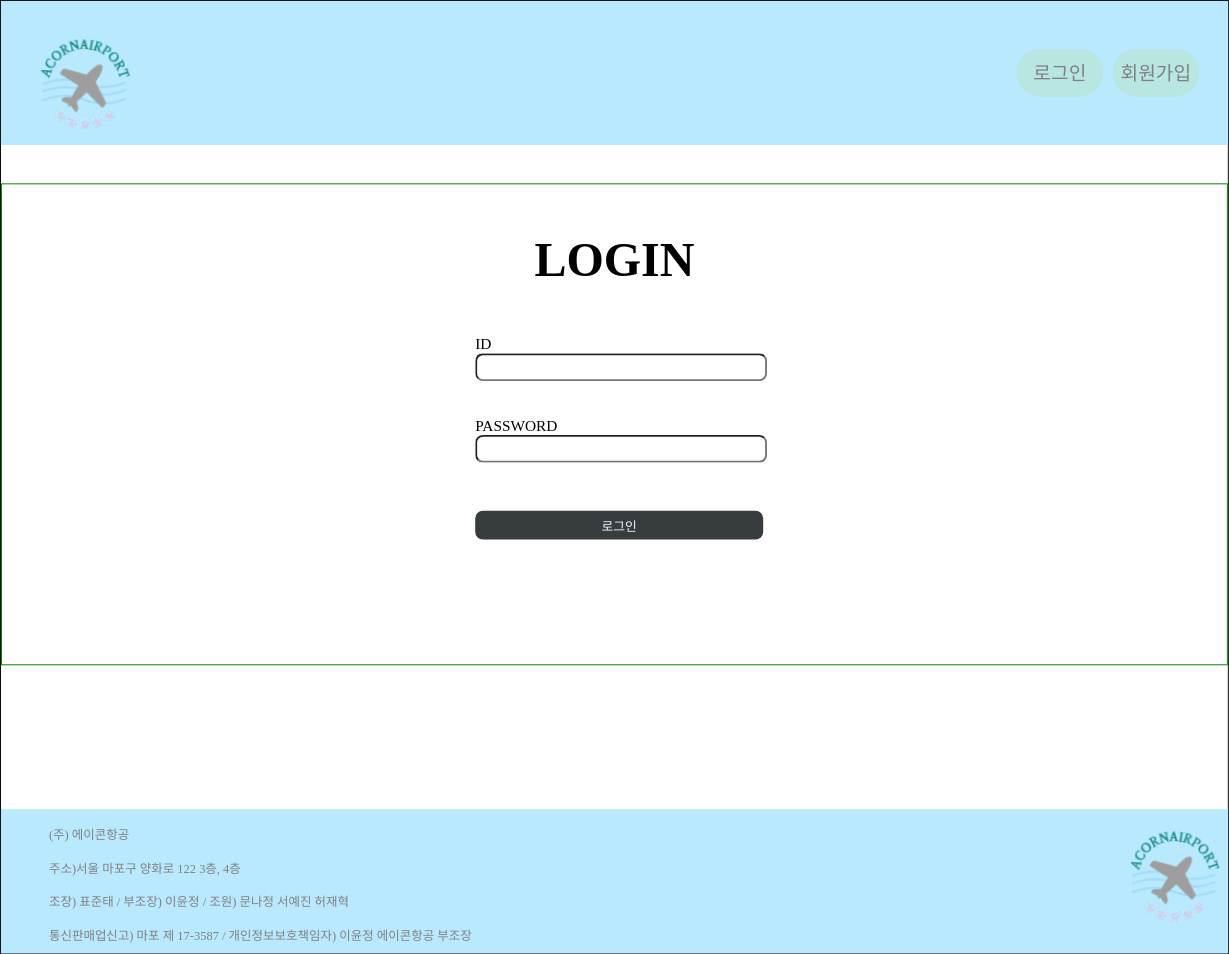
Repository: juntae710/Acorn_AirlineReservation_Project
Page: http://localhost/prj3_1/WEB-INF/views/h_login.jsp
An editor plug-in stored every save of this project. The page is shown before and after the next save, followed by the edit.
The browser window is 1280 px wide. The pictures show the whole page, at 96% of full size.
The page is served by Tomcat 9. Nobody is signed in. The template is opened directly, without the code that normally fills it, so the values that code supplies are empty.

Above is the page before, as saved 2023-09-20 03:30:07.

After the next save:
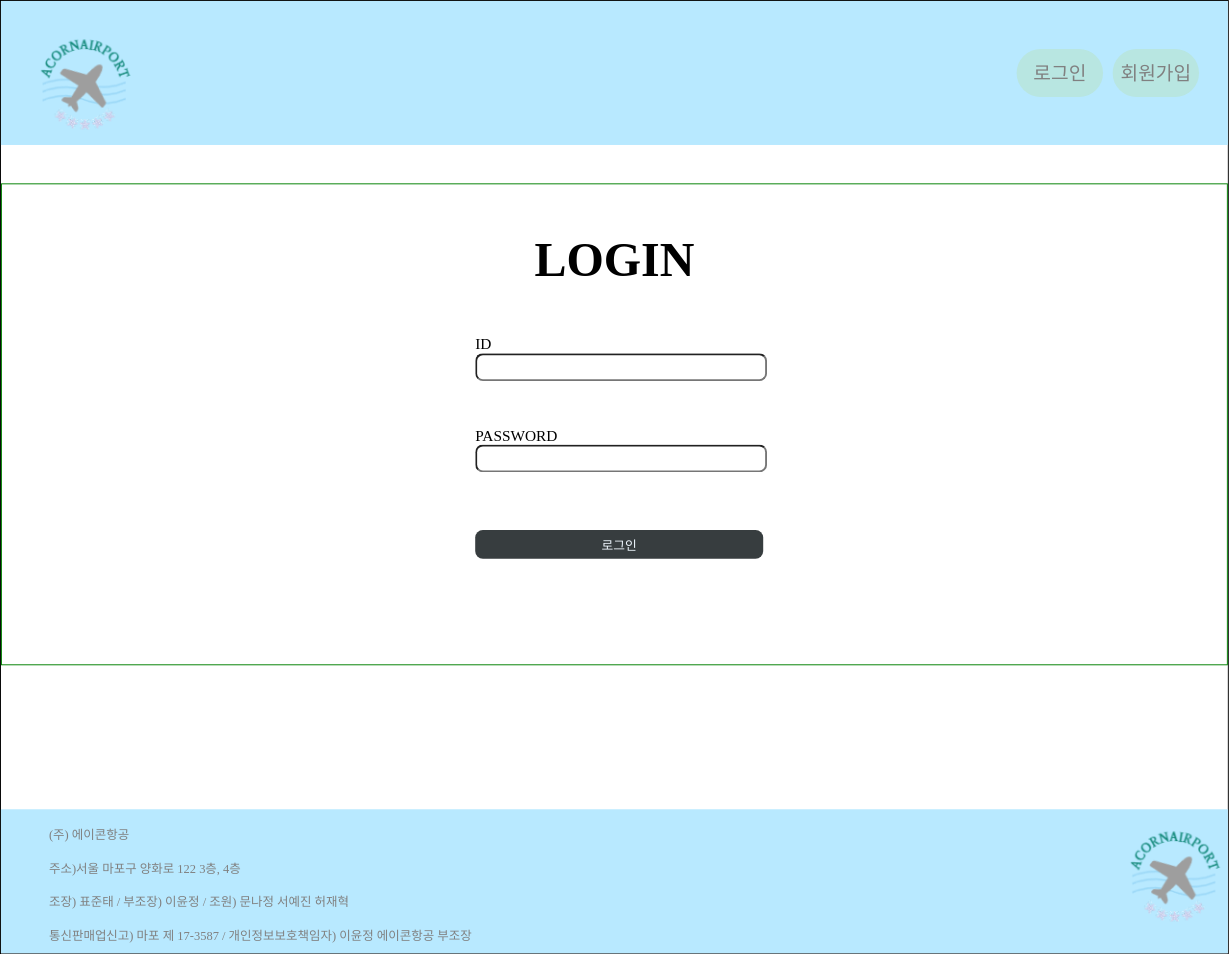
Saved 8 s later.
--- a/Eclipse/prj3_1/src/main/webapp/css/Login.css
+++ b/Eclipse/prj3_1/src/main/webapp/css/Login.css
@@ -32,7 +32,7 @@ form {
 
 .inputName {
 	margin-left: 5px;
-	margin-top: 20px;
+	margin-top: 30px;
 }
 
 input {
